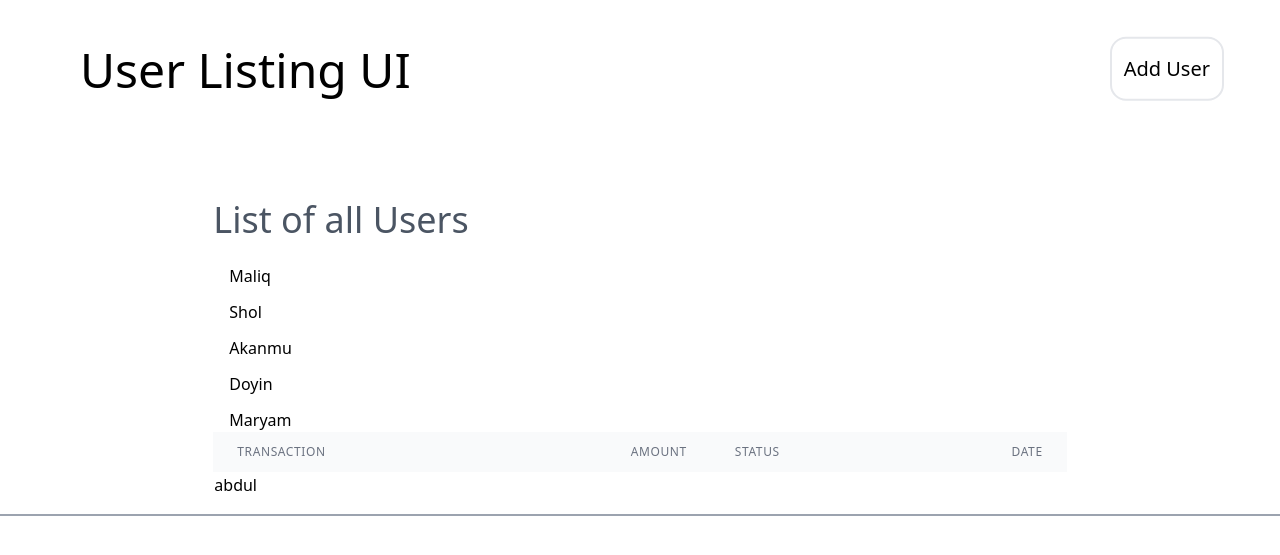
Repository: Marlstergo/listings
Page: /view (app in client/)
These files come from the project's save history. The page is drawn as it stood at one moment and after the next save; the edit follows.
The browser window is 1280 px wide. The pictures show the whole page.
The project was rebuilt for these pictures with package versions that can differ from the ones it lists, and the page was loaded fresh each time. Also part of the build but not shown: client/craco.config.js, client/src/components/Loader.js, client/src/components/Order.js, client/src/components/Modal.js. Imported but missing from the stored project, and not drawn on this page: client/src/components/Base, client/src/components/Toppings.

Above is the page before, as saved 2021-07-21 09:13:19.

After the next save:
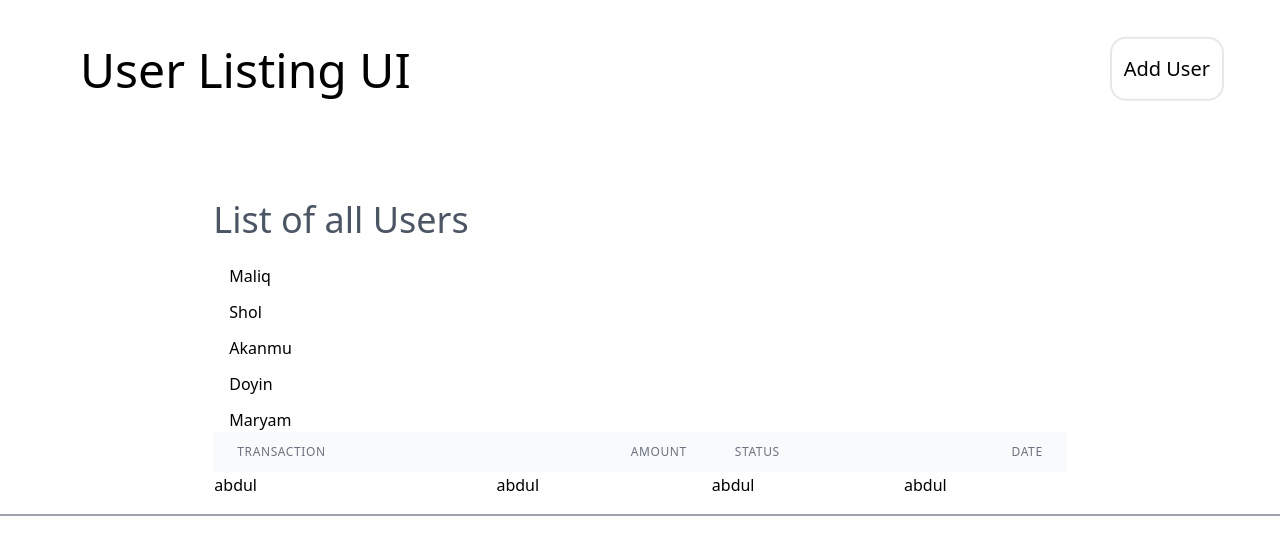
Saved 84 s later.
--- a/client/src/components/Home.js
+++ b/client/src/components/Home.js
@@ -58,7 +58,7 @@ const Home = () => {
               <th className="px-6 py-3 bg-gray-50 text-right text-xs font-medium text-gray-500 uppercase tracking-wider">
                 Amount
               </th>
-              <th className="hidden px-6 py-3 bg-gray-50 text-left text-xs font-medium text-gray-500 uppercase tracking-wider md:block">
+              <th className=" px-6 py-3 bg-gray-50 text-left text-xs font-medium text-gray-500 uppercase tracking-wider">
                 Status
               </th>
               <th className="px-6 py-3 bg-gray-50 text-right text-xs font-medium text-gray-500 uppercase tracking-wider">
@@ -66,6 +66,15 @@ const Home = () => {
               </th>
             </tr>
             <tr>
+              <td>
+                abdul
+              </td>
+              <td>
+                abdul
+              </td>
+              <td>
+                abdul
+              </td>
               <td>
                 abdul
               </td>
